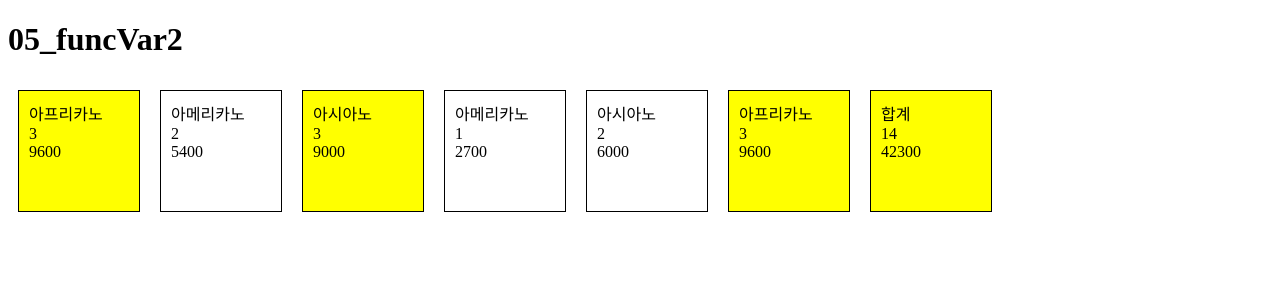
Repository: psun2/Korea-IT-Academy
Page: (back up) _ 오전/study_a/web_work/scriptProj/WebContent/array/05_funcVar2.html
An editor plug-in stored every save of this project. The page is shown before and after the next save, followed by the edit.
The browser window is 1280 px wide. The pictures show the whole page.

Above is the page before, as saved 2020-08-03 05:25:31.

### (back up) _ 오전/study_a/web_work/scriptProj/WebContent/array/05_funcVar2.html
<!DOCTYPE html>
<html>
<head>
<meta charset="UTF-8">
<title>05_funcVar2</title>
<style>
.box{
	width:100px;
	height: 100px;
	border: 1px solid #000;
	padding: 10px;
	margin:10px;
	float: left;
}
.yy{
	background: #ff0;
}
</style>
</head>
<body>
<h1>05_funcVar2</h1>

<script>
var totHap = 0, cntHap = 0
function order(menu, cnt){
	var price = {
		"아메리카노":2700,
		"아시아노":3000,
		"아프리카노":3200
	}

	var tot = price[menu]*cnt
	boxPPP(menu, tot, cnt)
	totHap += tot
	cntHap += cnt
}

function boxPPP(menu, tot, cnt){
	var cc = ""
		if(tot >=7000)
			cc = " yy"
		var ttt = '<div class="box'+cc+'">'
			ttt += "<div>"+menu+"</div>"
			ttt += "<div>"+cnt+"</div>"
			ttt += "<div>"+tot+"</div>"
			ttt += "</div>"
		document.write(ttt)
}

order("아프리카노",3)
order("아메리카노",2)
order("아시아노",3)
order("아메리카노",1)
order("아시아노",2)
order("아프리카노",3)

boxPPP("합계", totHap, cntHap)

</script>





</body>
</html>

After the next save:
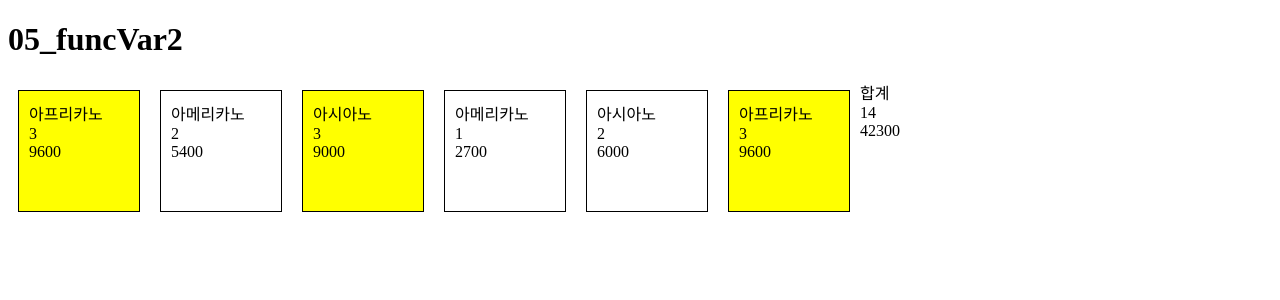
Saved 40 s later.
--- a/(back up) _ 오전/study_a/web_work/scriptProj/WebContent/array/05_funcVar2.html
+++ b/(back up) _ 오전/study_a/web_work/scriptProj/WebContent/array/05_funcVar2.html
@@ -30,15 +30,16 @@ function order(menu, cnt){
 	}
 
 	var tot = price[menu]*cnt
-	boxPPP(menu, tot, cnt)
+	var cc = ""
+		if(tot >=7000)
+			cc = " yy"
+	boxPPP(menu, tot, cnt, cc)
 	totHap += tot
 	cntHap += cnt
 }
 
-function boxPPP(menu, tot, cnt){
-	var cc = ""
-		if(tot >=7000)
-			cc = " yy"
+function boxPPP(menu, tot, cnt, cc){
+
 		var ttt = '<div class="box'+cc+'">'
 			ttt += "<div>"+menu+"</div>"
 			ttt += "<div>"+cnt+"</div>"
